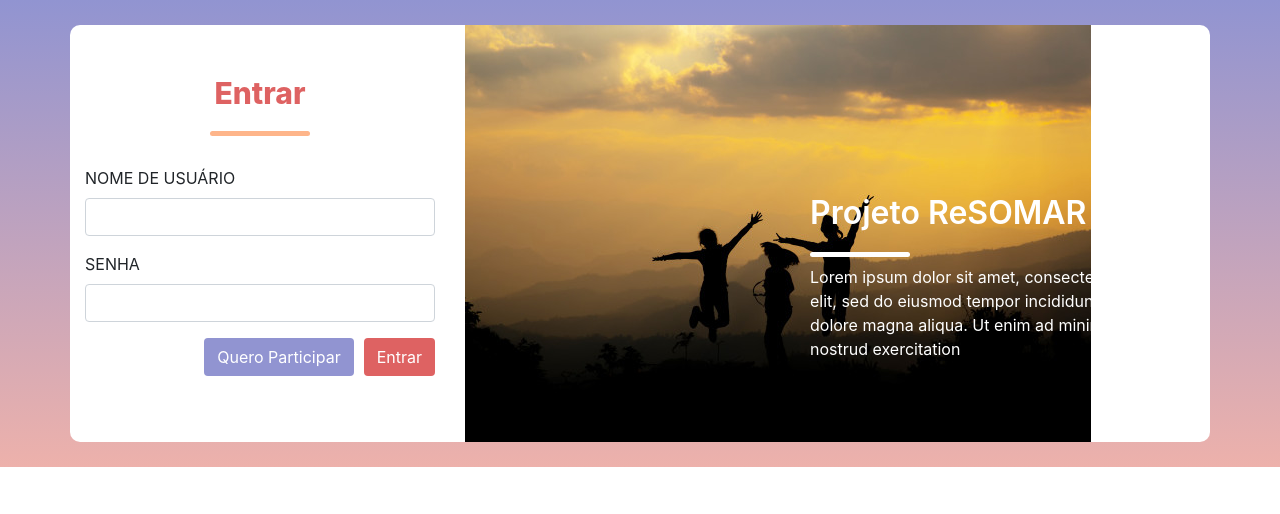
Repository: juniorSchulz17/reSOMAR
Page: Resomar/WebContent/View/login/login.html
An editor plug-in stored every save of this project. The page is shown before and after the next save, followed by the edit.
The browser window is 1280 px wide. The pictures show the whole page.

Above is the page before, as saved 2018-12-11 22:45:03.
Console error: TypeError: Cannot read properties of undefined (reading 'fn')

### Resomar/WebContent/View/login/login.html
<!DOCTYPE html>
<html>
<head>
<meta charset="ISO-8859-1">
<title>Insert title here</title>

<link rel="stylesheet" href="login.css"/>
<link rel="stylesheet" href="../assets/css/bootstrap.min.css"/>


<script type="text/javascript" src="../assets/js/bootstrap.min.js"></script>
<script type="text/javascript" src="../assets/js/angular.js"></script>

</head>
<body>
<div class="login-block" ng-app="">
  <div class="container">
    <div class="row">
      <div class="col-md-4 login-sec">
        <h2 class="text-center">Entrar</h2>
        <form class="login-form" >
          <div class="form-group">
            <label for="userName" class="text-uppercase">Nome de Usuário</label>
            <input type="text" class="form-control" id="userName" placeholder="" name="userName" ng-model="userName"
              #user="ngModel" required>
            <span class="help-block">
              <ul>
                <li ng-if="user.errors.required">
                  Campo obrigatório
                </li>
              </ul>
            </span>
          </div>

          <div class="form-group" ng-class="{'has-error': !pass.valid && (pass.dirty || pass.touched)}">
            <label for="exampleInputPassword1" class="text-uppercase">Senha</label>
            <input type="password" class="form-control" placeholder="" name="password" ng-model="password" #pass="ngModel"
              required>
            <span class="help-block" ng-if="pass.errors && (pass.dirty || pass.touched)">
              <ul>
                <li ng-if="pass.errors.required">
                  Campo obrigatório
                </li>
              </ul>
            </span>
          </div>
          <div class="form-check">
            <button type="submit" class="btn btn-login float-right" >Entrar</button>

            <button type="button" class="btn btn-login float-right btnParticipation">Quero Participar</button>
          </div>
        </form>
      </div>
      <div class="col-md-8 banner-sec">
        <div id="carouselExampleIndicators" class="carousel slide" data-ride="carousel">
          <div class="carousel-inner">
            <div class="carousel-item active">
              <img class="d-block img-fluid" src="../assets/images/background-login.jpg" alt="First slide">
              <div class="banner-text">
                <h2>Projeto ReSOMAR</h2>
                <p>Lorem ipsum dolor sit amet, consectetur adipiscing elit, sed do eiusmod tempor incididunt ut
                  labore et dolore magna aliqua. Ut enim ad minim veniam, quis nostrud exercitation</p>
              </div>
            </div>
          </div>
        </div>
      </div>
    </div>
  </div>
</div>
</body>
</html>

### Resomar/WebContent/View/login/login.css

.login-block {
background: #DE6262;
/* fallback for old browsers */
background: -webkit-linear-gradient(to bottom, #FFB88C, #DE6262);
/* Chrome 10-25, Safari 5.1-6 */
background: linear-gradient(to bottom, #9194d1, #edb1ab);
/* W3C, IE 10+/ Edge, Firefox 16+, Chrome 26+, Opera 12+, Safari 7+ */
float: left;
width: 100%;
padding: 25px 0;
}
.banner-sec {
background-size: cover;
border-radius: 0 10px 10px 0;
padding: 0;
}
.btnParticipation {
margin-right: 10px;
background: #9194d1 !important;
}

.container {
background: #fff;
border-radius: 10px;
}

.carousel-inner {
border-radius: 0 10px 10px 0;
}

div.col-md-8.banner-sec {
	padding-right: 0 !important;
}

.carousel-caption {
text-align: left;
left: 5%;
}

.login-sec {
padding: 50px 30px;
position: relative;
}

.login-sec .copy-text {
position: absolute;
width: 80%;
bottom: 20px;
font-size: 13px;
text-align: center;
}

.login-sec .copy-text i {
color: #FEB58A;
}

.login-sec .copy-text a {
color: #E36262;
}

.login-sec h2 {
margin-bottom: 30px;
font-weight: 800;
font-size: 30px;
color: #DE6262;
}

.login-sec h2:after {
content: " ";
width: 100px;
height: 5px;
background: #FEB58A;
display: block;
margin-top: 20px;
border-radius: 3px;
margin-left: auto;
margin-right: auto
}

.btn-login {
background: #DE6262;
color: #fff;
font-weight: 600;
}

.banner-text {
position: absolute;
bottom: 65px;
padding-left: 345px;
}

.banner-text h2 {
color: #fff;
font-weight: 600;
}

.banner-text h2:after {
content: " ";
width: 100px;
height: 5px;
background: #FFF;
display: block;
margin-top: 20px;
border-radius: 3px;
}

.banner-text p {
color: #fff;
}

Loaded but not shown: Resomar/WebContent/assets/css/bootstrap.min.css (library); Resomar/WebContent/assets/js/bootstrap.min.js (library); Resomar/WebContent/assets/js/angular.js (library)

After the next save:
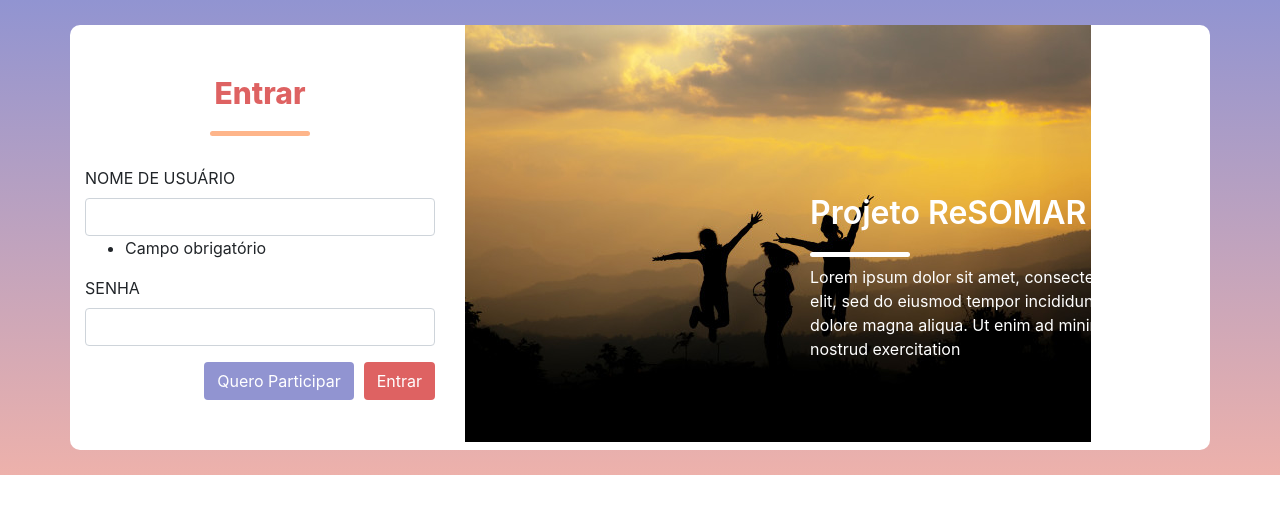
Saved 5 s later.
--- a/Resomar/WebContent/View/login/login.html
+++ b/Resomar/WebContent/View/login/login.html
@@ -25,7 +25,7 @@
               #user="ngModel" required>
             <span class="help-block">
               <ul>
-                <li ng-if="user.errors.required">
+                <li>
                   Campo obrigatório
                 </li>
               </ul>
